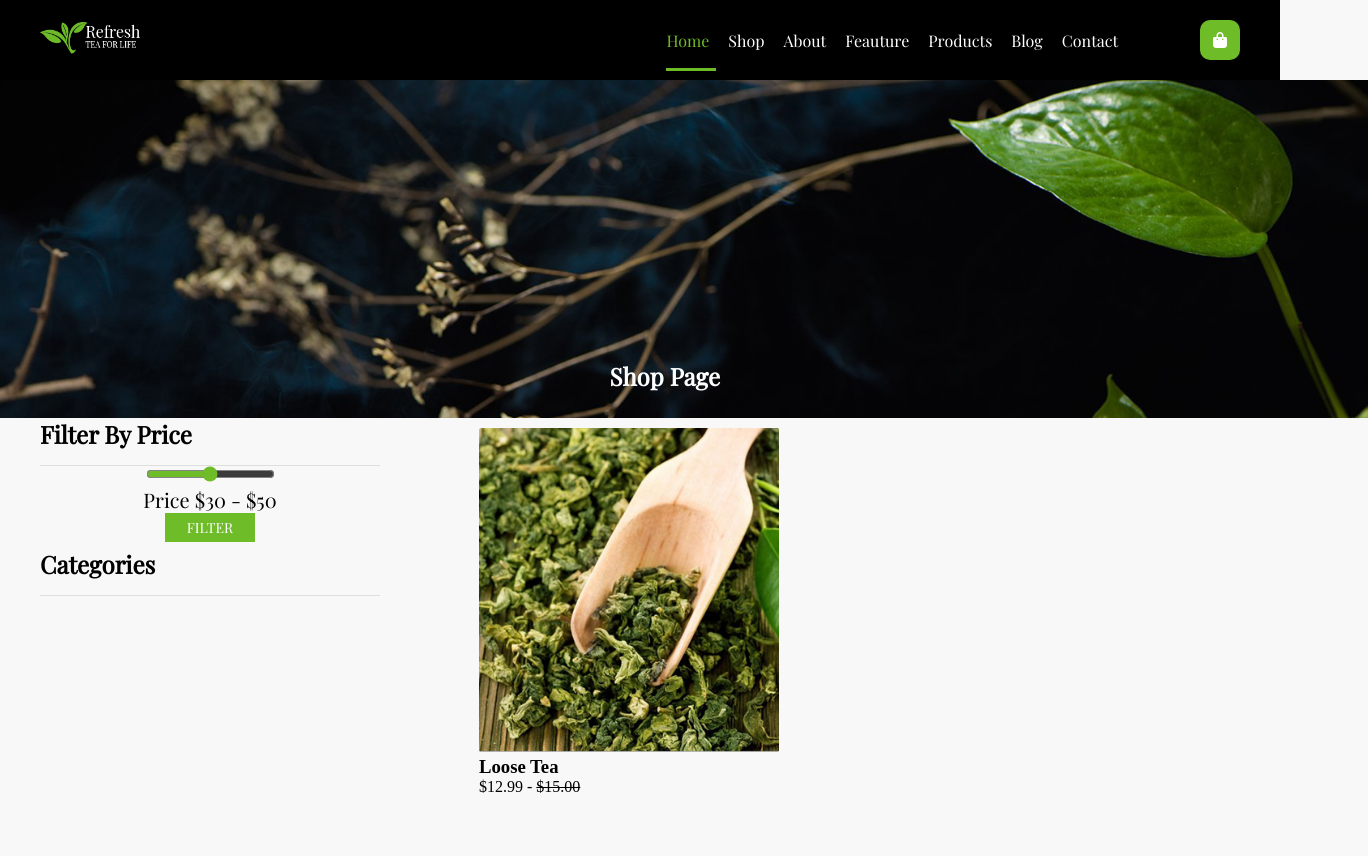
Repository: 52hzwhaleblue/school_teashop
Page: shop.html
An editor plug-in stored every save of this project. The page is shown before and after the next save, followed by the edit.
The browser window is 1280 px wide. The page is 1368 px wide, so the pictures cover 1368 px, including what lies to the right of the window. The pictures show the whole page.
Some web libraries are served in a nearby version.

Above is the page before, as saved 2022-04-27 22:00:38.

After the next save:
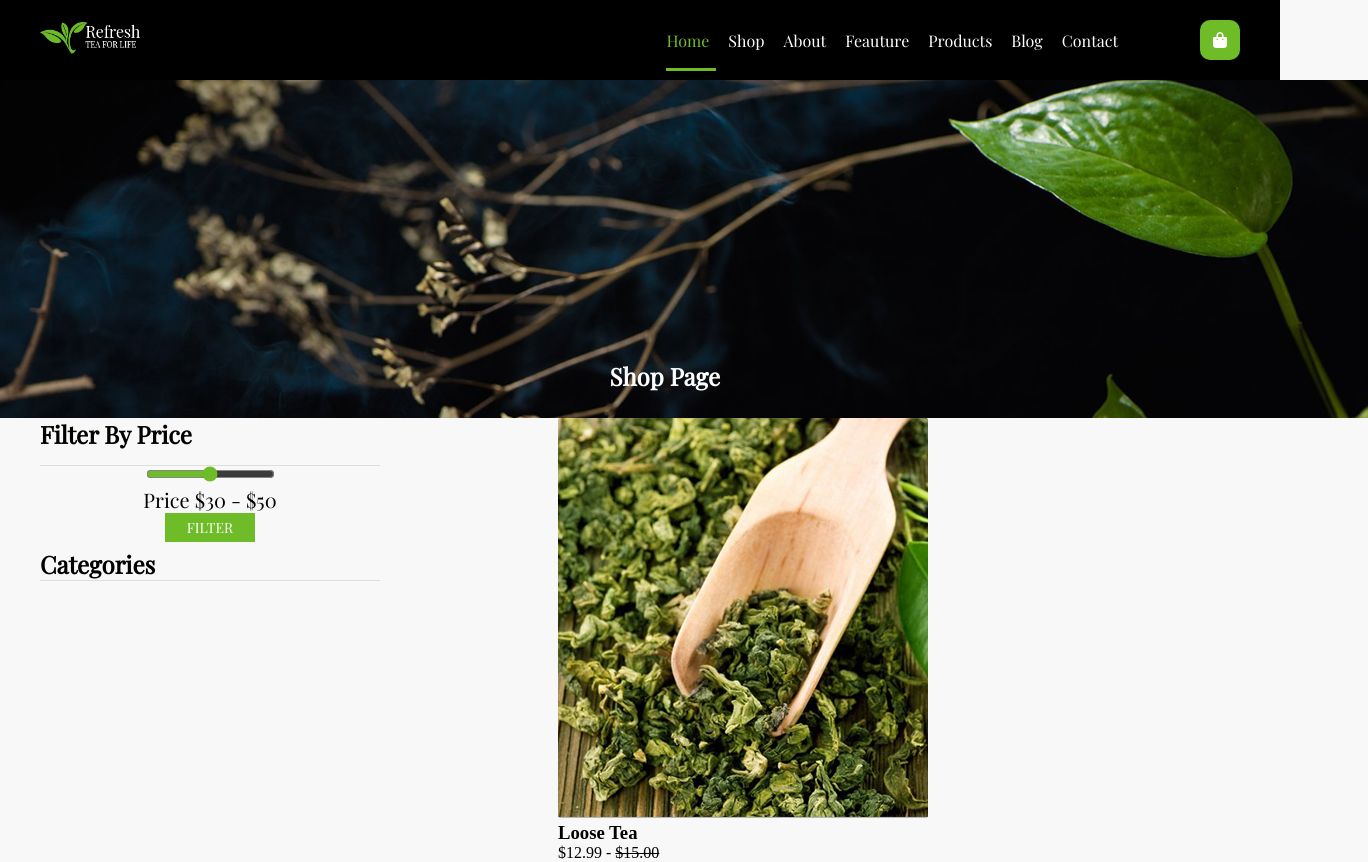
Saved 4 s later.
--- a/style.css
+++ b/style.css
@@ -696,8 +696,8 @@
     font-size: 24px;
     text-transform: capitalize;
     border-bottom: 1px #dedede solid;
-    padding-bottom: 15px;
-}
+  /*   padding-bottom: 15px;
+} */
 /* ----Product---- */
 .shop-product-wrapper{
     max-width: 1080px;

After the save that followed:
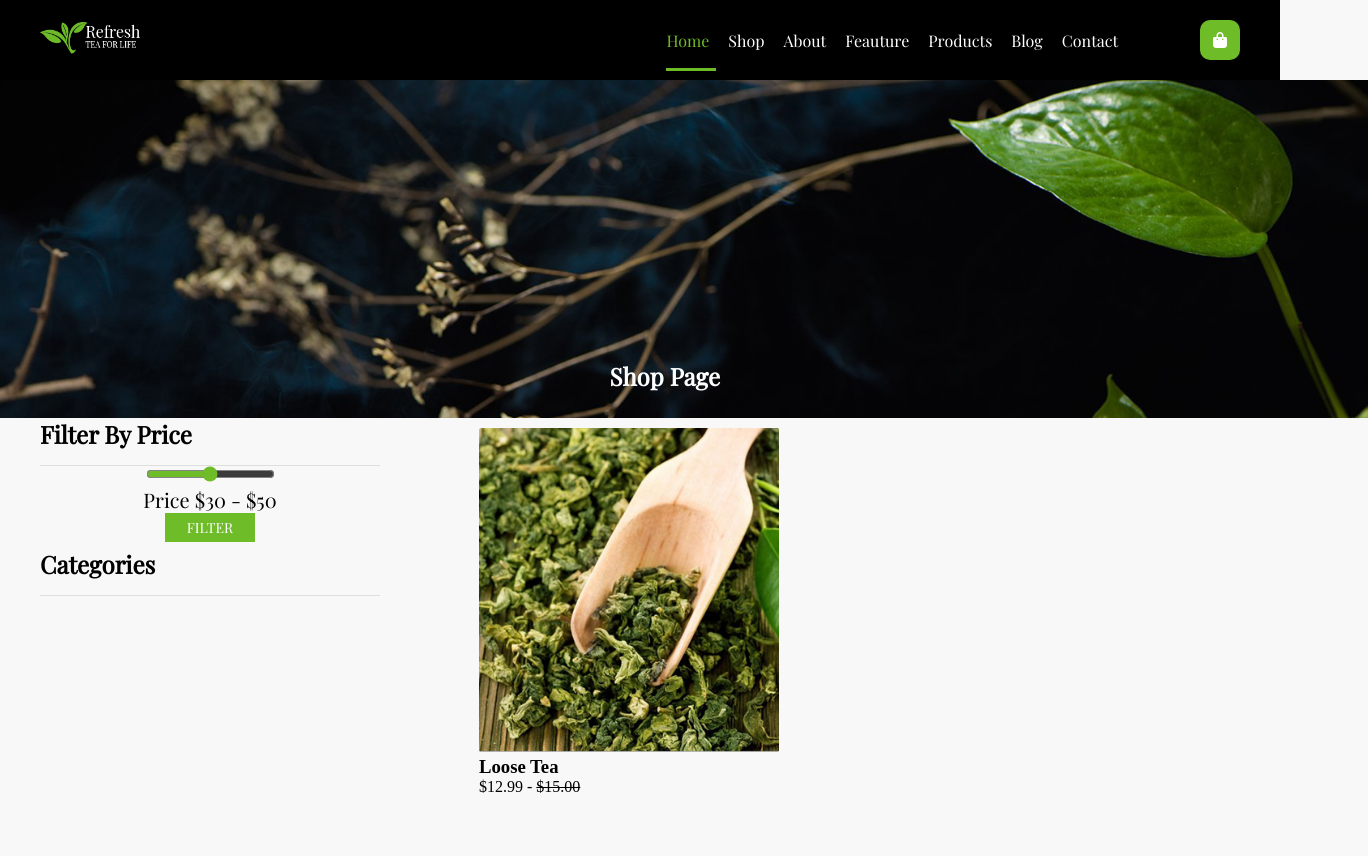
Saved 5 s later.
--- a/style.css
+++ b/style.css
@@ -696,8 +696,8 @@
     font-size: 24px;
     text-transform: capitalize;
     border-bottom: 1px #dedede solid;
-  /*   padding-bottom: 15px;
-} */
+    padding-bottom: 15px;
+}
 /* ----Product---- */
 .shop-product-wrapper{
     max-width: 1080px;
